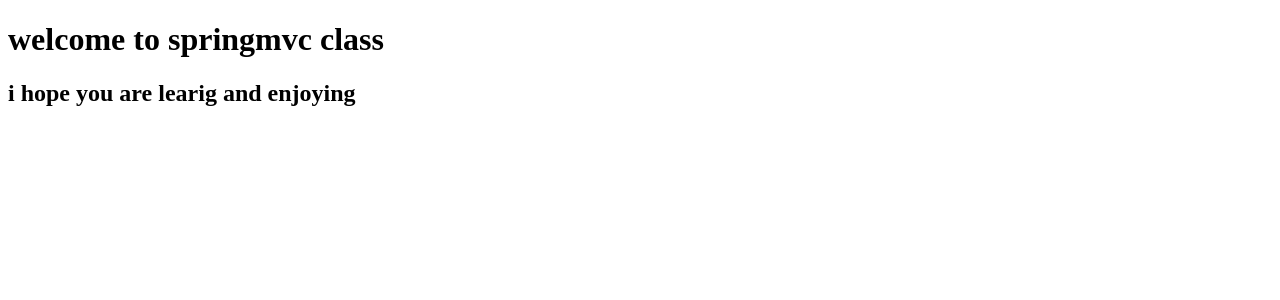
Repository: priyaadya/spring-practice-codes
Page: http://localhost/SpringmvcProject/about
The author's editor kept a copy of each file at every save. The page is drawn from the files as they stood at one save, then again after the next save.
The browser window is 1280 px wide. The pictures show the whole page.
The page is served by Tomcat 9. Other server files are loaded and not shown.

Above is the page before, as saved 2023-05-31 05:09:28.

### SpringmvcProject/src/main/webapp/WEB-INF/spring-servlet.xml
<?xml version="1.0" encoding="UTF-8"?>
<beans xmlns="http://www.springframework.org/schema/beans"
       xmlns:xsi="http://www.w3.org/2001/XMLSchema-instance"
       xmlns:p="http://www.springframework.org/schema/p"
       xmlns:context="http://www.springframework.org/schema/context"
       xsi:schemaLocation="http://www.springframework.org/schema/beans
            http://www.springframework.org/schema/beans/spring-beans.xsd
            http://www.springframework.org/schema/context
            http://www.springframework.org/schema/context/spring-context-3.0.xsd">

            <context:component-scan base-package="com.mvc"></context:component-scan>
            <bean class="org.springframework.web.servlet.view.InternalResourceViewResolver" name="viewResolver">
            <property name="prefix" value="/WEB-INF/views/"/>
            <property name="suffix" value=".jsp"></property>

            </bean>





</beans>

### SpringmvcProject/src/main/webapp/WEB-INF/views/index2.jsp
<%@ page language="java" contentType="text/html; charset=ISO-8859-1"
    pageEncoding="ISO-8859-1"%>
<!DOCTYPE html>
<html>
<head>
<meta charset="ISO-8859-1">
<title>Insert title here</title>
</head>
<body>
<h1>welcome to springmvc class</h1>
<h2>i hope you are learig and enjoying</h2>

</body>
</html>

### SpringmvcProject/src/main/java/com/mvc/HomeController.java
package com.mvc;

import org.springframework.stereotype.Controller;
import org.springframework.web.bind.annotation.RequestMapping;

@Controller
public class HomeController {

	@RequestMapping("/home")
	public String home() {

		System.out.println("hello guys.......");
		return "index";
	}
	@RequestMapping("/about")
	public String about() {

		System.out.println("hello priya.......");
		return "index2";

	}

}

After the next save:
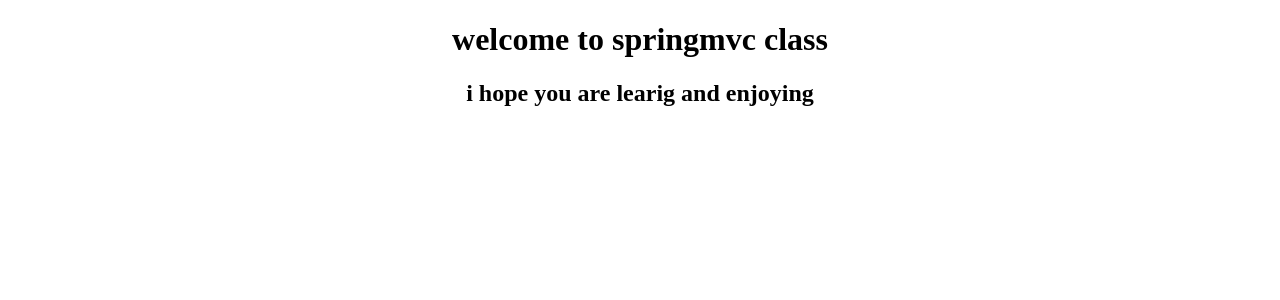
Saved 28 s later.
--- a/SpringmvcProject/src/main/webapp/WEB-INF/views/index2.jsp
+++ b/SpringmvcProject/src/main/webapp/WEB-INF/views/index2.jsp
@@ -6,9 +6,11 @@
 <meta charset="ISO-8859-1">
 <title>Insert title here</title>
 </head>
-<body>
+<body gcolor="red">
+<center>
 <h1>welcome to springmvc class</h1>
 <h2>i hope you are learig and enjoying</h2>
+</center>
 
 </body>
 </html>
